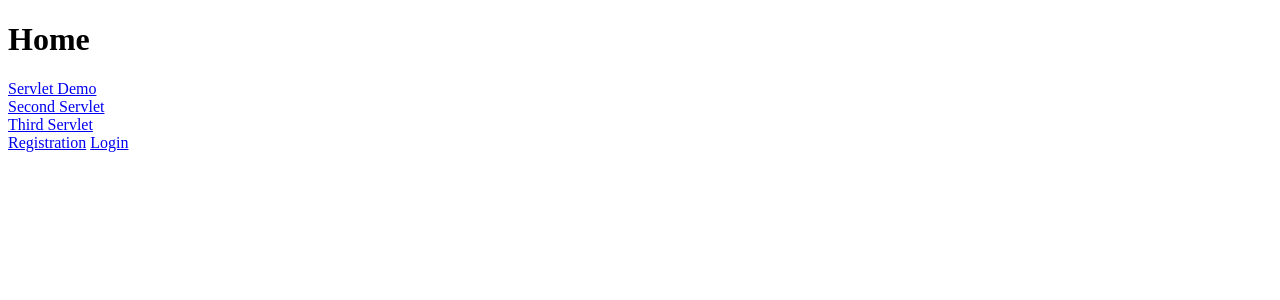
Repository: krushitvaghani03/-OOPS
Page: Project/src/main/webapp/index.html
The author's editor kept a copy of each file at every save. The page is drawn from the files as they stood at one save, then again after the next save.
The browser window is 1280 px wide. The pictures show the whole page.

Above is the page before, as saved 2022-05-03 05:00:38.

After the next save:
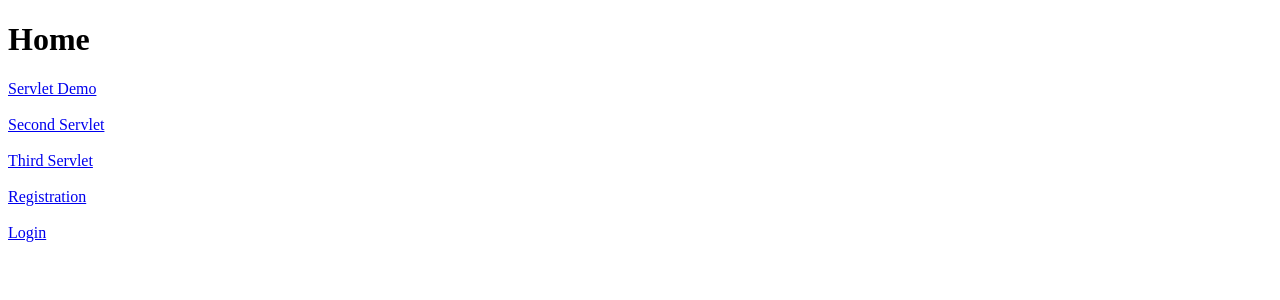
Saved 29 s later.
--- a/Project/src/main/webapp/index.html
+++ b/Project/src/main/webapp/index.html
@@ -6,10 +6,10 @@
 </head>
 <body>
 <h1>Home </h1>
-<a href="Servlet">Servlet Demo</a><br>
-<a href="Second">Second Servlet</a><br>
-<a href="ThirdServlet">Third Servlet</a><br>
-<a href="registration.html">Registration</a>
-<a href="login.html">Login</a>
+<a href="Servlet">Servlet Demo</a><br><br>
+<a href="Second">Second Servlet</a><br><br>
+<a href="ThirdServlet">Third Servlet</a><br><br>
+<a href="registration.html">Registration</a><br><br>
+<a href="login.html">Login</a><br><br>
 </body>
 </html>
